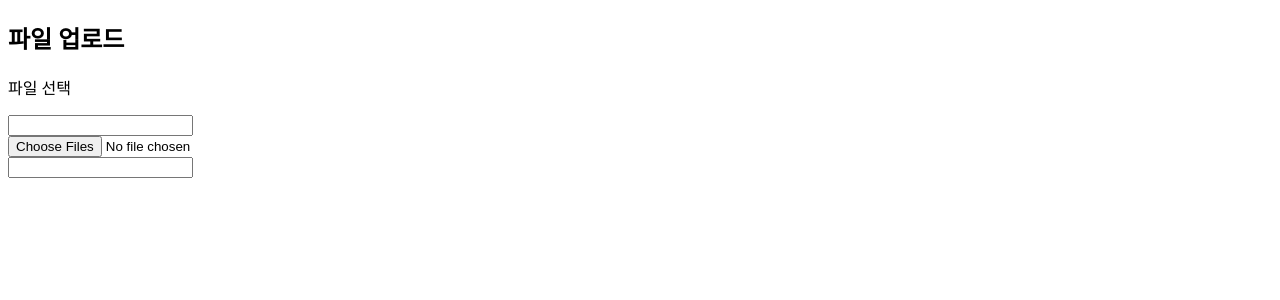
Repository: dnwpdud/WEB_CODES
Page: http://localhost/Web06_JSP_Servlet/ch19/fileUploadForm.jsp
An editor plug-in stored every save of this project. The page is shown before and after the next save, followed by the edit.
The browser window is 1280 px wide. The pictures show the whole page.
The page is served by Tomcat 9. Other server files are loaded and not shown.

Above is the page before, as saved 2024-04-02 03:33:18.

### Web06_JSP_Servlet/src/main/webapp/ch19/fileUploadForm.jsp
<%@ page language="java" contentType="text/html; charset=UTF-8"
    pageEncoding="UTF-8"%>
<!DOCTYPE html>
<html>
<head>
<meta charset="UTF-8">
<title>Insert title here</title>
</head>
<body>
	<%--
		* 파일 업로드 구현 순서
		1. commons-fileupload-x.x.jar을 다운로드 및 WEB-INF/lib 폴더에 저장
		2. commons-io.x.x.jar을 다운로드 및 WEB_INF/lib 폴더에 저장

	 --%>

	 <h2>파일 업로드</h2>
 	 <p>파일 선택</p>
 	 <form action="uploadFile.jsp" method="POST" enctype="multpart/form-data">
 	 <input type="text" name="name"><br>
 	 <input type="file" name="files" multiple="multiple"><br>
 	 <input type="text" name="name"><br>
 	 </form>
</body>
</html>

After the next save:
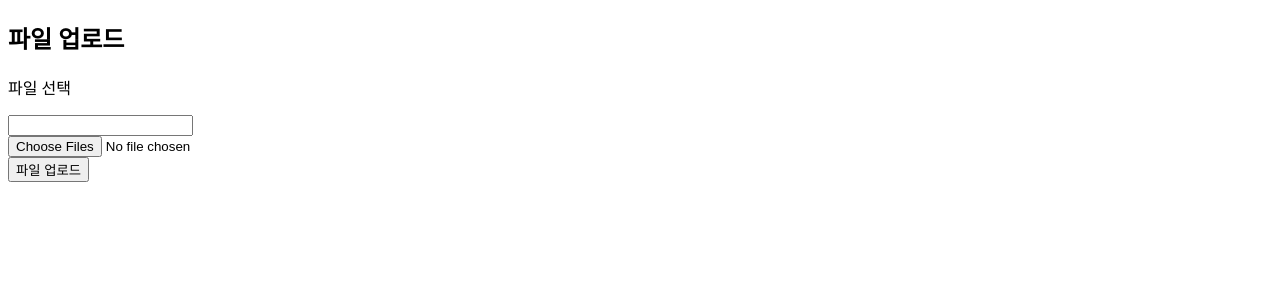
Saved 17 s later.
--- a/Web06_JSP_Servlet/src/main/webapp/ch19/fileUploadForm.jsp
+++ b/Web06_JSP_Servlet/src/main/webapp/ch19/fileUploadForm.jsp
@@ -19,7 +19,7 @@
  	 <form action="uploadFile.jsp" method="POST" enctype="multpart/form-data">
  	 <input type="text" name="name"><br>
  	 <input type="file" name="files" multiple="multiple"><br>
- 	 <input type="text" name="name"><br>
+ 	 <input type="submit" value="파일 업로드"><br>
  	 </form>
 </body>
 </html>
